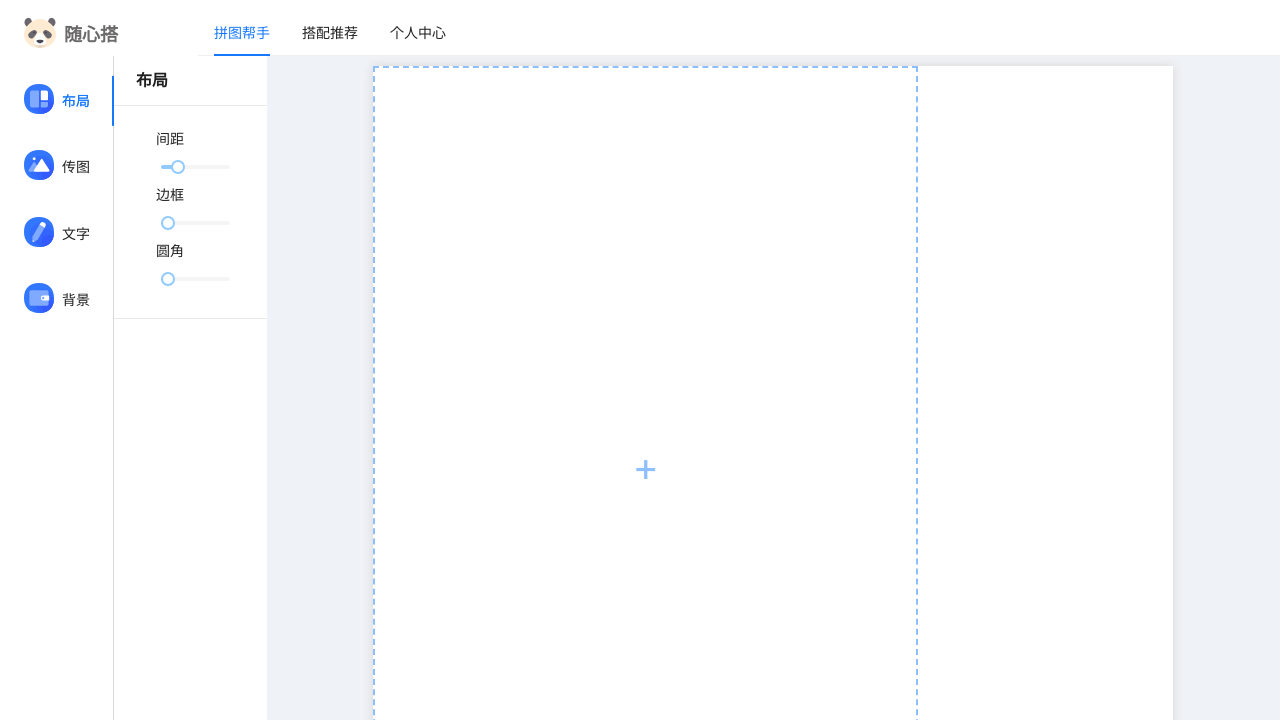
Repository: zzq1101921989/low-code
Page: /
An editor plug-in stored every save of this project. The page is shown before and after the next save, followed by the edit.
The browser window is 1280 px wide. The pictures show the whole page.
The project was rebuilt for these pictures with package versions that can differ from the ones it lists, and the page was loaded fresh each time. Also part of the build but not shown: vite.config.ts, src/pages/admin/index.tsx, src/components/icon/ClothesIcon.tsx, src/components/icon/HairIcon.tsx, src/components/icon/PantsIcon.tsx, src/components/icon/ShoeIcon.tsx, src/pages/recommend/index.tsx.

Above is the page before, as saved 2023-05-30 23:01:45.

After the next save:
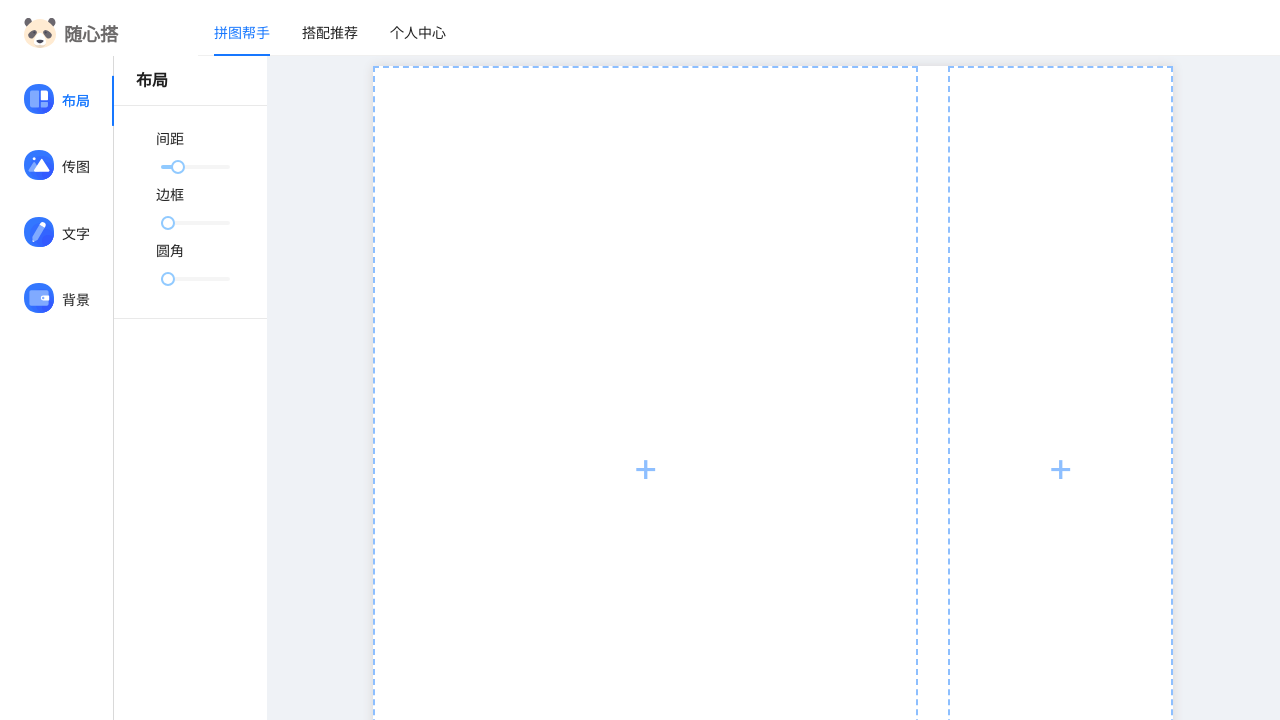
Saved 2 min 18 s later.
--- a/src/pages/home/features/DrawImage/index.tsx
+++ b/src/pages/home/features/DrawImage/index.tsx
@@ -251,7 +251,7 @@ const DrawImage: FC<DrawImageProps> = (props) => {
           );
 
           occupyWidth+=currentWidth
-          occupyHeight+=currentHeight
+          if (parentDirection === "top") occupyHeight+=currentHeight
 
         } else {
 
